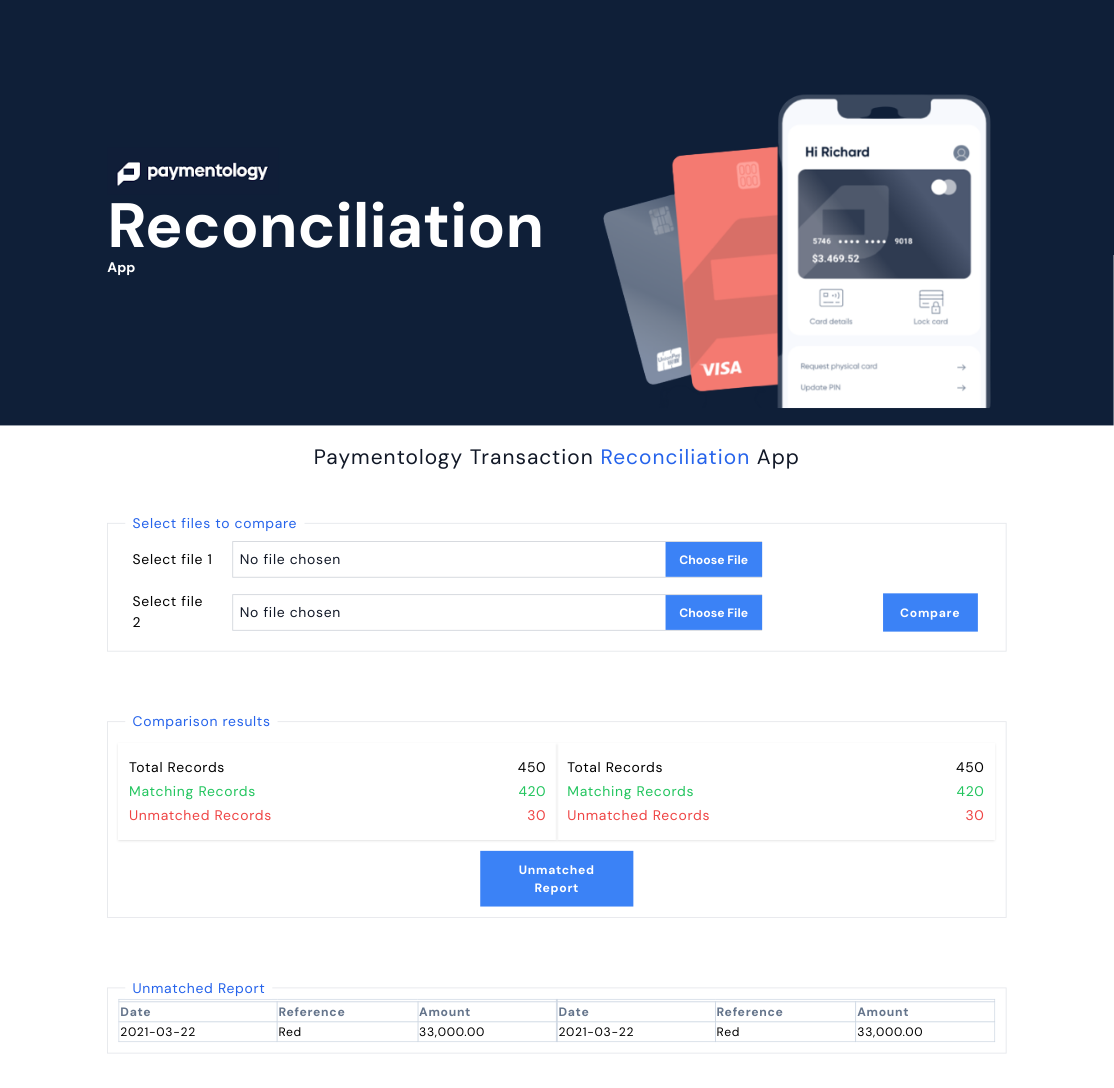
Repository: chionye/paymentology-front
Page: /
An editor plug-in stored every save of this project. The page is shown before and after a run of saves, followed by the edit.
The browser window is 1280 px wide. The pictures show the whole page, at 87% of full size.
The project was rebuilt for these pictures with package versions that can differ from the ones it lists, and the page was loaded fresh each time.

Above is the page before, as saved 2022-03-20 13:50:00.

### public/index.html
<!DOCTYPE html>
<html lang="en">
  <head>
    <meta charset="utf-8" />
    <link rel="icon" href="%PUBLIC_URL%/favicon.ico" />
    <meta name="viewport" content="width=device-width, initial-scale=1" />
    <meta name="theme-color" content="#000000" />
    <meta
      name="description"
      content="Web site created using create-react-app"
    />
    <link rel="preconnect" href="https://fonts.googleapis.com">
    <link rel="preconnect" href="https://fonts.gstatic.com" crossorigin>
    <link href="https://fonts.googleapis.com/css2?family=DM+Sans:wght@400;700&display=swap" rel="stylesheet">
    <link rel="apple-touch-icon" href="%PUBLIC_URL%/logo192.png" />
    <!--
      manifest.json provides metadata used when your web app is installed on a
      user's mobile device or desktop. See https://developers.google.com/web/fundamentals/web-app-manifest/
    -->
    <link rel="manifest" href="%PUBLIC_URL%/manifest.json" />
    <!--
      Notice the use of %PUBLIC_URL% in the tags above.
      It will be replaced with the URL of the `public` folder during the build.
      Only files inside the `public` folder can be referenced from the HTML.

      Unlike "/favicon.ico" or "favicon.ico", "%PUBLIC_URL%/favicon.ico" will
      work correctly both with client-side routing and a non-root public URL.
      Learn how to configure a non-root public URL by running `npm run build`.
    -->
    <title>React App</title>
  </head>
  <body>
    <noscript>You need to enable JavaScript to run this app.</noscript>
    <div id="root"></div>
    <!--
      This HTML file is a template.
      If you open it directly in the browser, you will see an empty page.

      You can add webfonts, meta tags, or analytics to this file.
      The build step will place the bundled scripts into the <body> tag.

      To begin the development, run `npm start` or `yarn start`.
      To create a production bundle, use `npm run build` or `yarn build`.
    -->
  </body>
</html>

### src/index.css
@tailwind base;
@tailwind components;
@tailwind utilities;

body {
  margin: 0;
  padding:0;
  box-sizing: border-box;
  font-family: -apple-system, BlinkMacSystemFont, 'Segoe UI', 'Roboto', 'Oxygen',
    'Ubuntu', 'Cantarell', 'Fira Sans', 'Droid Sans', 'Helvetica Neue',
    sans-serif;
  -webkit-font-smoothing: antialiased;
  -moz-osx-font-smoothing: grayscale;
  font-family: 'DM Sans', sans-serif;
}

input[type=file]::file-selector-button {
  position: absolute;
  right:-5px;
  top:0;

}
input[type=file]::-ms-browse {
  position: absolute;
  right:-5px;
  top:0;
}

input[type=file]::-webkit-file-upload-button {
  position: absolute;
  right:-5px;
  top:0;
}

### src/App.js
import Banner from "./components/Banner";
import CompareFiles from "./components/CompareFiles";
import { FileProvider } from "./context/index.context";
import Results from "./components/Results";
import Report from "./components/Report";
import Title from "./components/Title";

function App() {
  return (
    <FileProvider>
      <Banner />
      <Title />

      <CompareFiles />
      <Results />
      <Report />
    </FileProvider>

  );
}

export default App;

### src/components/Banner.js
import BannerImg from "../assets/PaymentologyImg.png";
import Logo from "../assets/PaymentologyLogo.png"
import Container from "./Container";
const Banner = () => {
    const style = {
        background: "#0f1f38"
    }
    return(
        <div style={style} >
            <Container>
                <div className="w-5/6 mx-auto flex flex-col md:flex-row md:justify-between md:items-center">
                    <div className="w-1/2 text-white  font-bold">
                        <img className="" src={Logo}  alt="Paymentology Logo"/>
                        <h1 className="text-7xl">Reconciliation </h1>
                        <span>App</span>
                    </div>
                    <div className="w-1/2 ">
                        <img src={BannerImg} alt="Banner" />
                    </div>
                </div>

            </Container>



        </div>
    )
}

export default Banner;

### src/components/CompareFiles.js
import Button from "./Button";
import Container from "./Container";
import InputFile from "./InputFile";
import Section from "./Section";
import { useFileContext } from "../context/index.context";

const CompareFiles = () => {
    const {file, setFile} = useFileContext();

    const saveFile_1 = e => {
        setFile({
            ...file,
            file1: e.target.files[0],
            fileName1: e.target.files[0].name
        })
    }

    const saveFile_2 = e => {
        setFile({
            ...file,
            file2: e.target.files[0],
            fileName2: e.target.files[0].name
        })
    }

    return(
        <Container>
            <Section title={"Select files to compare"}>
                <InputFile
                file={"Select file 1"}
                handleFile={saveFile_1}
                 />
                <div className="flex flex-col md:flex-row md:items-center md:justify-between">
                    <InputFile
                    file={"Select file 2"}
                    handleFile={saveFile_2}
                    />
                    <div className="my-3 md:my-0 md:mr-5">

                    <Button width={"w-full"} label={"Compare"} />
                    </div>

                </div>
            </Section>
        </Container>

    )
}

export default CompareFiles;

### src/context/index.context.js
import { createContext, useContext, useState } from "react";

const FileContext = createContext(null);

export const FileProvider = ({children}) => {
     const [file, setFile] = useState({
        file1: '',
        fileName1: '',
        file2:'',
        fileName2: ''
    });

    return(
        <FileContext.Provider value={{file, setFile}}>
            {children}
        </FileContext.Provider>
    )
}

export const useFileContext = () => useContext(FileContext);

### src/components/Results.js
import Button from "./Button";
import Container from "./Container";
import FileSummary from "./FileSummary";
import Section from "./Section";
import { useFileContext } from "../context/index.context";

const Results = () => {
    const { file } = useFileContext();
    return(
        <Container>
            <Section title={"Comparison results"}>
                <div className="flex flex-col md:flex-row md:justify-between md:items-center">
                    <FileSummary
                        fileName={file.fileName1}
                        totalRecords={450}
                        matchingRecords={420}
                        unmatchedRecords={30}
                    />
                    <FileSummary
                        fileName={file.fileName2}
                        totalRecords={450}
                        matchingRecords={420}
                        unmatchedRecords={30}
                    />
                </div>
                <div className="md:flex md:w-44 md:justify-center md:mx-auto">
                        <Button width={"w-full"} label={"Unmatched Report"} />
                </div>
            </Section>
        </Container>
    )
}

export default Results;

### src/components/Report.js
import Container from "./Container";
import Section from "./Section";
import FileReports from "./FileReports";


const Report = () => {

    return(
        <Container>
            <Section title={"Unmatched Report"}>
                <FileReports />
            </Section>
        </Container>
    )
}

export default Report;

### src/components/Title.js
import Container from "./Container"

const Title = () => {
    return(
        <Container>
            <div className="md:w-5/6 mx-auto">
                <h1 className="font-medium tracking-wider text-center  leading-loose text-xl md:text-2xl text-gray-900">Paymentology Transaction <span className="text-blue-600">Reconciliation</span> App</h1>

            </div>
        </Container>
    )
}

export default Title;

### src/components/Container.js
const Container = (props) => {

    return <div className="p-5 mx-auto">{props.children}</div>
}
export default Container;

### src/components/Button.js
const Button = (props) => {

    return <button className={`${props.width} bg-blue-500 hover:bg-blue-700 py-3 px-5 text-sm text-white font-semibold`} disabled={true}>{props.label}</button>
}

export default Button;

### src/components/InputFile.js


const InputFile = (props) => {


    return(
        <div className="flex flex-col md:flex-row w-full md:w-3/4 md:items-center md:justify-between text-sm md:text-base tracking-wider my-2 md:px-4">
            <label className="w-28 ">{props.file}</label>
            <div className="w-full border border-1 border-gray-300 py-2.5 sm:py-2 relative md:ml-5">
                <input type="file"
                        className="block
                        font-medium
                        tracking-wider
                        w-full
                        pl-2
                        appearance-none
                        text-gray-900
                        file:py-2.5
                        file:px-4
                        file:border-0
                        file:text-sm
                        file:font-semibold
                        file:bg-blue-500
                        hover:file:bg-blue-700
                        file:text-white"
                        onChange={props.handleFile}
                    />
            </div>

        </div>
    )
}

export default InputFile;

### src/components/Section.js

const Section = (props) => {
    return(
        <div className="relative md:w-5/6  h-auto p-3 border border-1 border-gray mx-auto my-5 tracking-wider">
            <div className="absolute font-medium -top-3 left-1 md:left-5 bg-white  text-blue-600 px-2">{props.title}</div>
            {props.children}
        </div>
    )
}

export default Section;

### src/components/FileSummary.js
const FileSummary = (props) => {
    return(
        <div className="shadow text-sm md:text-base p-3 my-3 w-full md:w-1/2  max-w-lg tracking-wider ">
            <div className="font-semibold text-xl">{props.fileName}</div>
            <div className="flex flex-row justify-between my-1">
                <span>Total Records</span>
                <span>{props.totalRecords}</span>
            </div>
            <div className="flex flex-row justify-between my-1 text-green-500">
                <span>Matching Records</span>
                <span>{props.matchingRecords}</span>
            </div>
            <div className="flex flex-row justify-between my-1 text-red-500">
                <span>Unmatched Records</span>
                <span>{props.unmatchedRecords}</span>
            </div>
        </div>
    )
}

export default FileSummary;

### src/components/FileReports.js
import { useFileContext } from "../context/index.context";
import FileReport from './FileReport';

const FileReports = () => {
    const {file} = useFileContext();

    return(
        <div className="w-full overflow-x-scroll flex flex-row">
            <FileReport
                fileName={file.fileName1}
                date={'2021-03-22'}
                reference={'Red'}
                amount={'33,000.00'}
            />
            <FileReport
                fileName={file.fileName2}
                date={'2021-03-22'}
                reference={'Red'}
                amount={'33,000.00'}
            />
        </div>

    )
}

export default FileReports;

### src/components/FileReport.js
const FileReport = (props) => {
    return(
        <table className="w-full border-collapse border-gray-300 text-sm">
            <thead>
                <tr className="text-left">
                    <th className="font-medium text-base border border-slate-300" colSpan={3} >{props.fileName}</th>
                </tr>
                <tr className="text-left text-slate-500">
                    <th className="border border-slate-300">Date</th>
                    <th className="border border-slate-300">Reference</th>
                    <th className="border border-slate-300">Amount</th>
                </tr>
            </thead>
            <tbody>
                <tr>
                    <td className="border border-slate-300">{props.date}</td>
                    <td className="border border-slate-300">{props.reference}</td>
                    <td className="border border-slate-300">{props.amount}</td>
                </tr>
            </tbody>
        </table>
    )
}

export default FileReport;

Loaded but not shown: src/index.js (common file); src/reportWebVitals.js (common file); tailwind.config.js (common file)

After the next 2 saves:
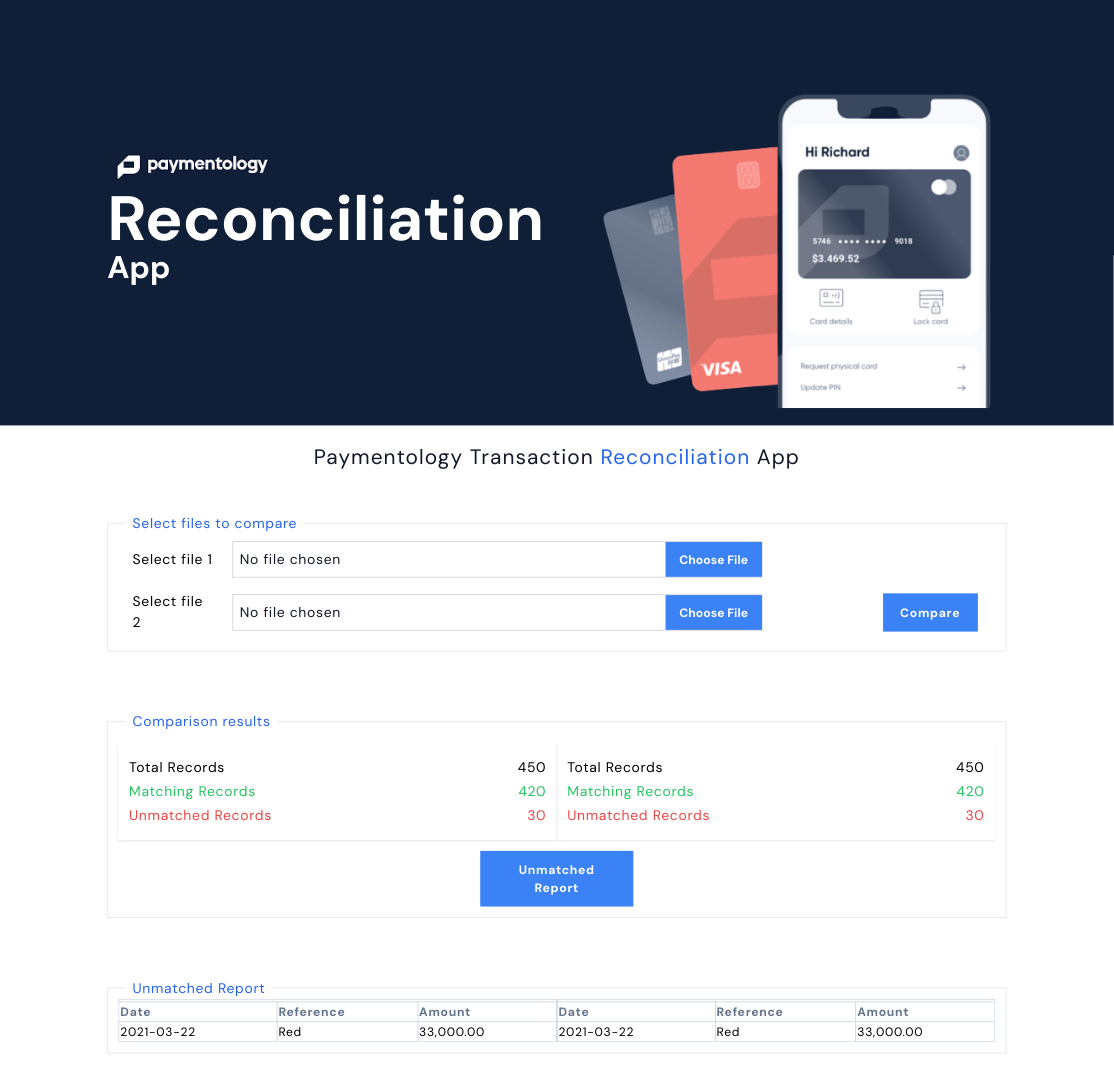
The 2 saves are shown as one change because they came seconds apart.
The last was saved 8 s later.
--- a/src/components/Banner.js
+++ b/src/components/Banner.js
@@ -12,7 +12,7 @@ const Banner = () => {
                     <div className="w-1/2 text-white  font-bold">
                         <img className="" src={Logo}  alt="Paymentology Logo"/>
                         <h1 className="text-7xl">Reconciliation </h1>
-                        <span>App</span>
+                        <span className="text-4xl">App</span>
                     </div>
                     <div className="w-1/2 ">
                         <img src={BannerImg} alt="Banner" />
